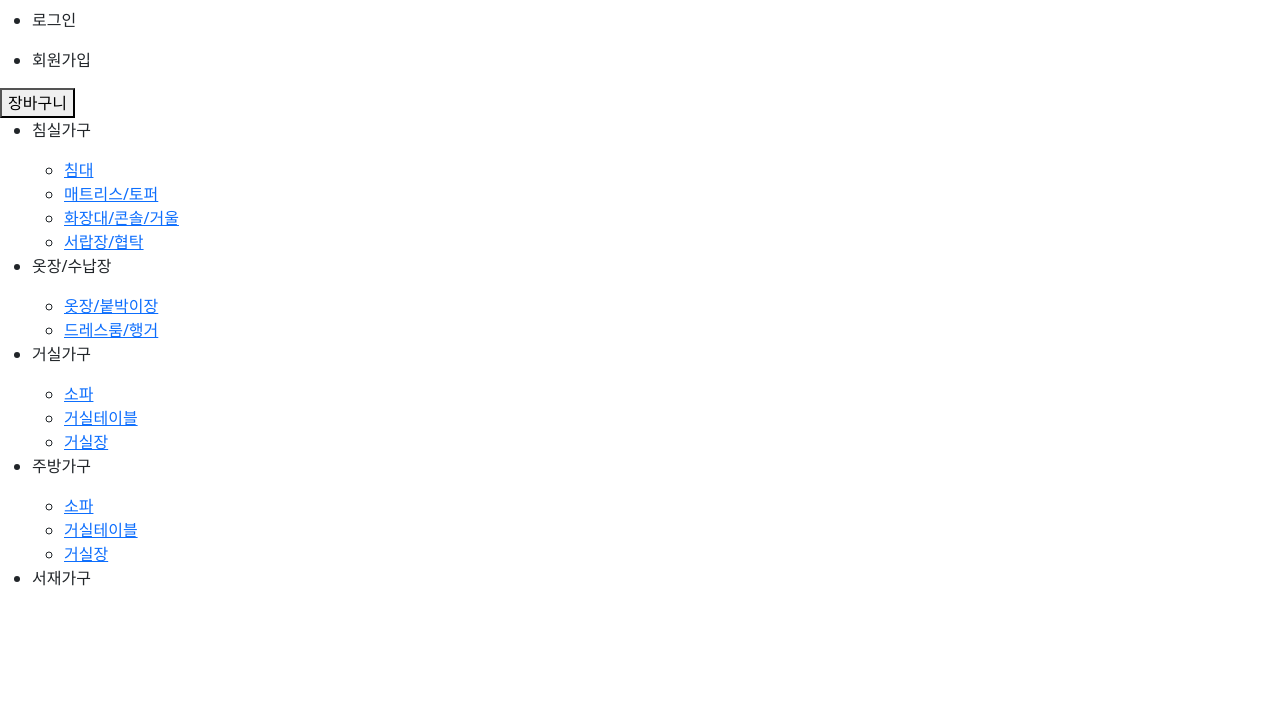
Repository: raoniee/Elice-House-Project
Page: FE/src/components/header/header.html
The author's editor kept a copy of each file at every save. The page is drawn from the files as they stood at one save, then again after the next save.
The browser window is 1280 px wide. The pictures show the whole page.

Above is the page before, as saved 2023-07-04 15:46:24.

### FE/src/components/header/header.html
<!DOCTYPE html>
<html lang="ko">
  <head>
    <meta charset="UTF-8" />
    <meta http-equiv="X-UA-Compatible" content="IE=edge" />
    <meta name="viewport" content="width=device-width, initial-scale=1.0" />
    <title>Elice-House</title>
    <!-- CSS only -->
    <link
      href="https://cdn.jsdelivr.net/npm/bootstrap@5.2.3/dist/css/bootstrap.min.css"
      rel="stylesheet"
      integrity="sha384-rbsA2VBKQhggwzxH7pPCaAqO46MgnOM80zW1RWuH61DGLwZJEdK2Kadq2F9CUG65"
      crossorigin="anonymous"
    />
  </head>
  <body>
    <header class="header">
      <div class="top">
        <div class="inner">
          <h1>
            <a href="/">
              <div class="logo"></div>
            </a>
          </h1>
          <div class="membership">
            <ul>
              <li><p>로그인</p></li>
              <li><p>회원가입</p></li>
            </ul>
          </div>
          <div class="basket">
            <button>장바구니</button>
          </div>
        </div>
      </div>
      <div class="bottom">
        <nav class="gnb">
          <ul>
            <li>
              <p>침실가구</p>
              <nav class="smenu">
                <div class="smenu_inner">
                  <ul>
                    <li><a href="">침대</a></li>
                    <li><a href="">매트리스/토퍼</a></li>
                    <li><a href="">화장대/콘솔/거울</a></li>
                    <li><a href="">서랍장/협탁</a></li>
                  </ul>
                </div>
              </nav>
            </li>
            <li>
              <p>옷장/수납장</p>
              <nav class="smenu">
                <div class="smenu_inner">
                  <ul>
                    <li><a href="">옷장/붙박이장</a></li>
                    <li><a href="">드레스룸/행거</a></li>
                  </ul>
                </div>
              </nav>
            </li>
            <li>
              <p>거실가구</p>
              <nav class="smenu">
                <div class="smenu_inner">
                  <ul>
                    <li><a href="">소파</a></li>
                    <li><a href="">거실테이블</a></li>
                    <li><a href="">거실장</a></li>
                  </ul>
                </div>
              </nav>
            </li>
            <li>
              <p>주방가구</p>
              <nav class="smenu">
                <div class="smenu_inner">
                  <ul>
                    <li><a href="">소파</a></li>
                    <li><a href="">거실테이블</a></li>
                    <li><a href="">거실장</a></li>
                  </ul>
                </div>
              </nav>
            </li>
            <li><p>서재가구</p></li>
          </ul>
        </nav>
      </div>
    </header>
  </body>
</html>

After the next save:
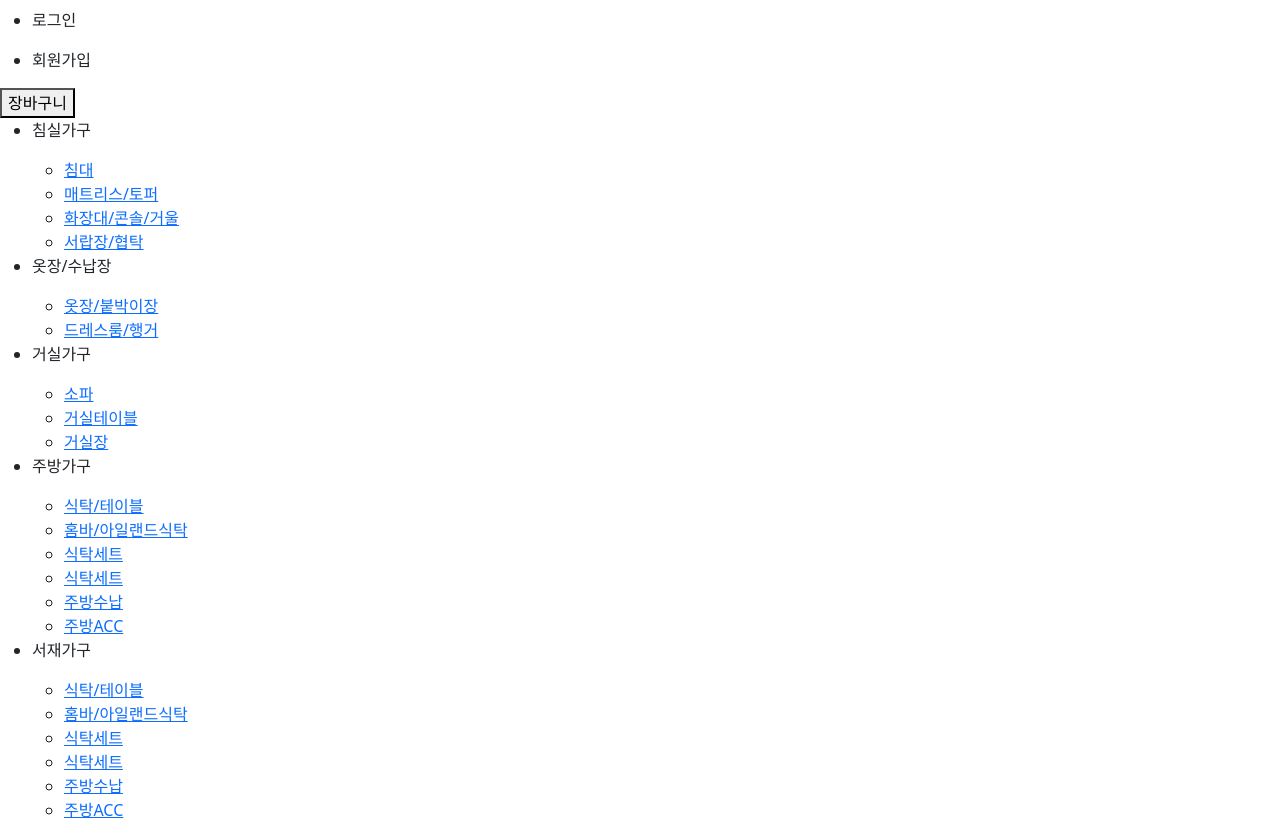
Saved 73 s later.
--- a/FE/src/components/header/header.html
+++ b/FE/src/components/header/header.html
@@ -77,14 +77,31 @@
               <nav class="smenu">
                 <div class="smenu_inner">
                   <ul>
-                    <li><a href="">소파</a></li>
-                    <li><a href="">거실테이블</a></li>
-                    <li><a href="">거실장</a></li>
+                    <li><a href="">식탁/테이블</a></li>
+                    <li><a href="">홈바/아일랜드식탁</a></li>
+                    <li><a href="">식탁세트</a></li>
+                    <li><a href="">식탁세트</a></li>
+                    <li><a href="">주방수납</a></li>
+                    <li><a href="">주방ACC</a></li>
                   </ul>
                 </div>
               </nav>
             </li>
-            <li><p>서재가구</p></li>
+            <li>
+              <p>서재가구</p>
+              <nav class="smenu">
+                <div class="smenu_inner">
+                  <ul>
+                    <li><a href="">식탁/테이블</a></li>
+                    <li><a href="">홈바/아일랜드식탁</a></li>
+                    <li><a href="">식탁세트</a></li>
+                    <li><a href="">식탁세트</a></li>
+                    <li><a href="">주방수납</a></li>
+                    <li><a href="">주방ACC</a></li>
+                  </ul>
+                </div>
+              </nav>
+            </li>
           </ul>
         </nav>
       </div>
